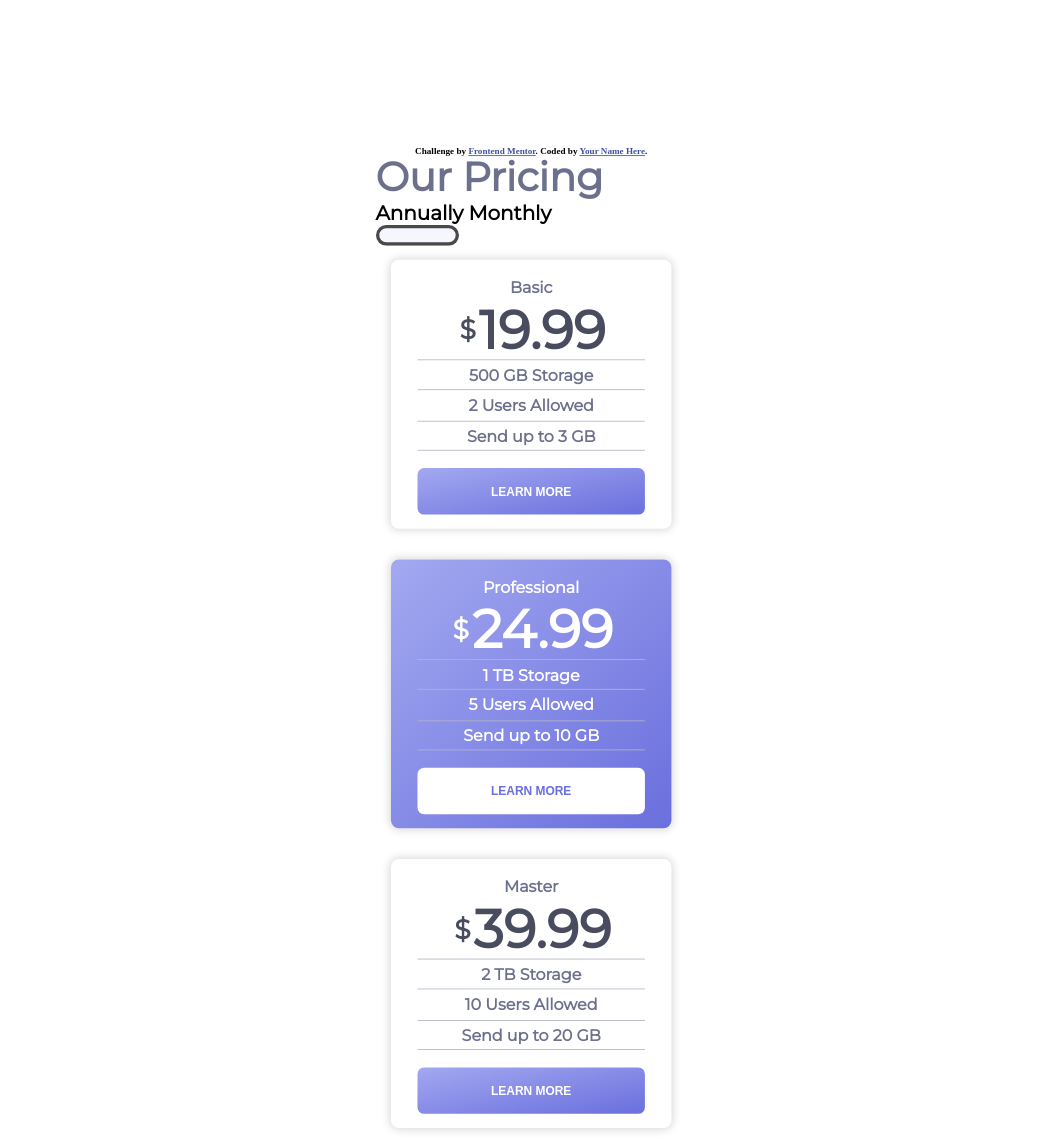
Repository: JuzzJoel/pricing-component-with-toggle-master
Page: index.html
An editor plug-in stored every save of this project. The page is shown before and after the next save, followed by the edit.
The browser window is 1280 px wide. The pictures show the whole page, at 83% of full size.

Above is the page before, as saved 2025-05-24 11:46:03.

After the next save:
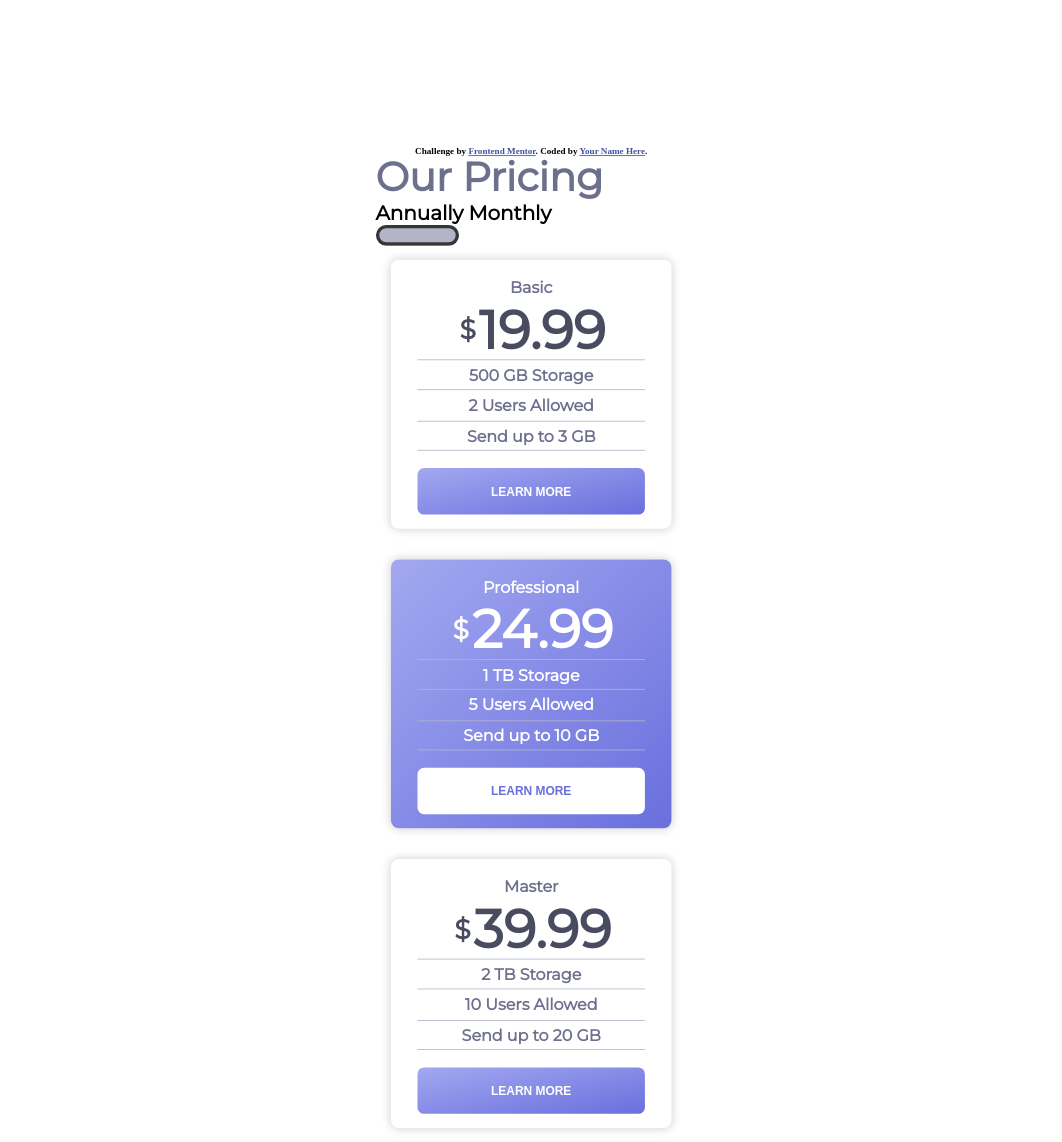
Saved 3 min 4 s later.
--- a/index.html
+++ b/index.html
@@ -91,7 +91,7 @@
       width: 100px;
       height: 25px;
       position: relative;
-      background: var(--clr-pri);
+      background: var(--clr-pri-acc);
       padding: 10px;
       border-radius: 3rem;
 
